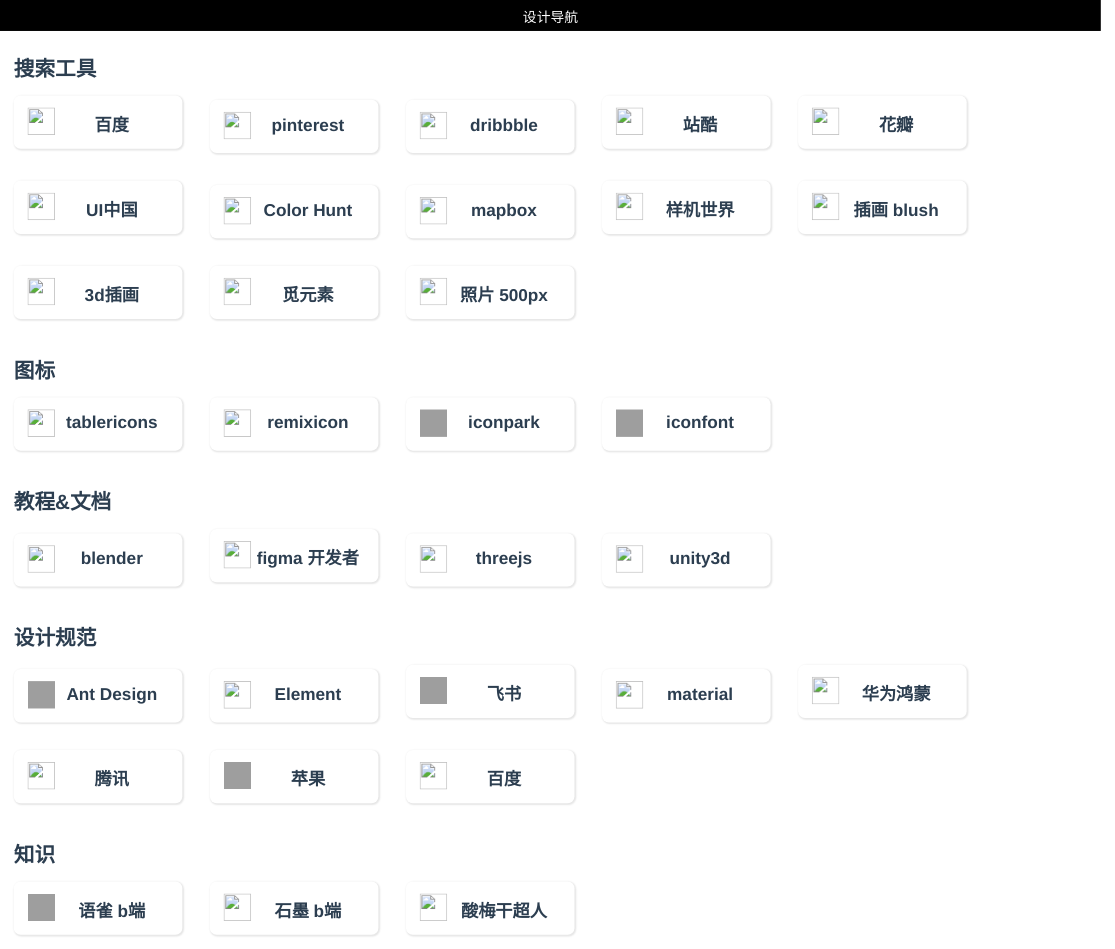
Repository: LiuZixu-aurelio/collection
Page: /
These files come from the project's save history. The page is drawn as it stood at one moment and after the next save; the edit follows.
The browser window is 1280 px wide. The page is 1296 px wide, so the pictures cover 1296 px, including what lies to the right of the window. The pictures show the whole page, at 86% of full size.
Pictures or frames that could not be fetched are drawn as grey boxes. The project was rebuilt for these pictures with package versions that can differ from the ones it lists, and the page was loaded fresh each time. Also part of the build but not shown: vue.config.js.

Above is the page before, as saved 2022-06-27 09:56:19.

After the next save:
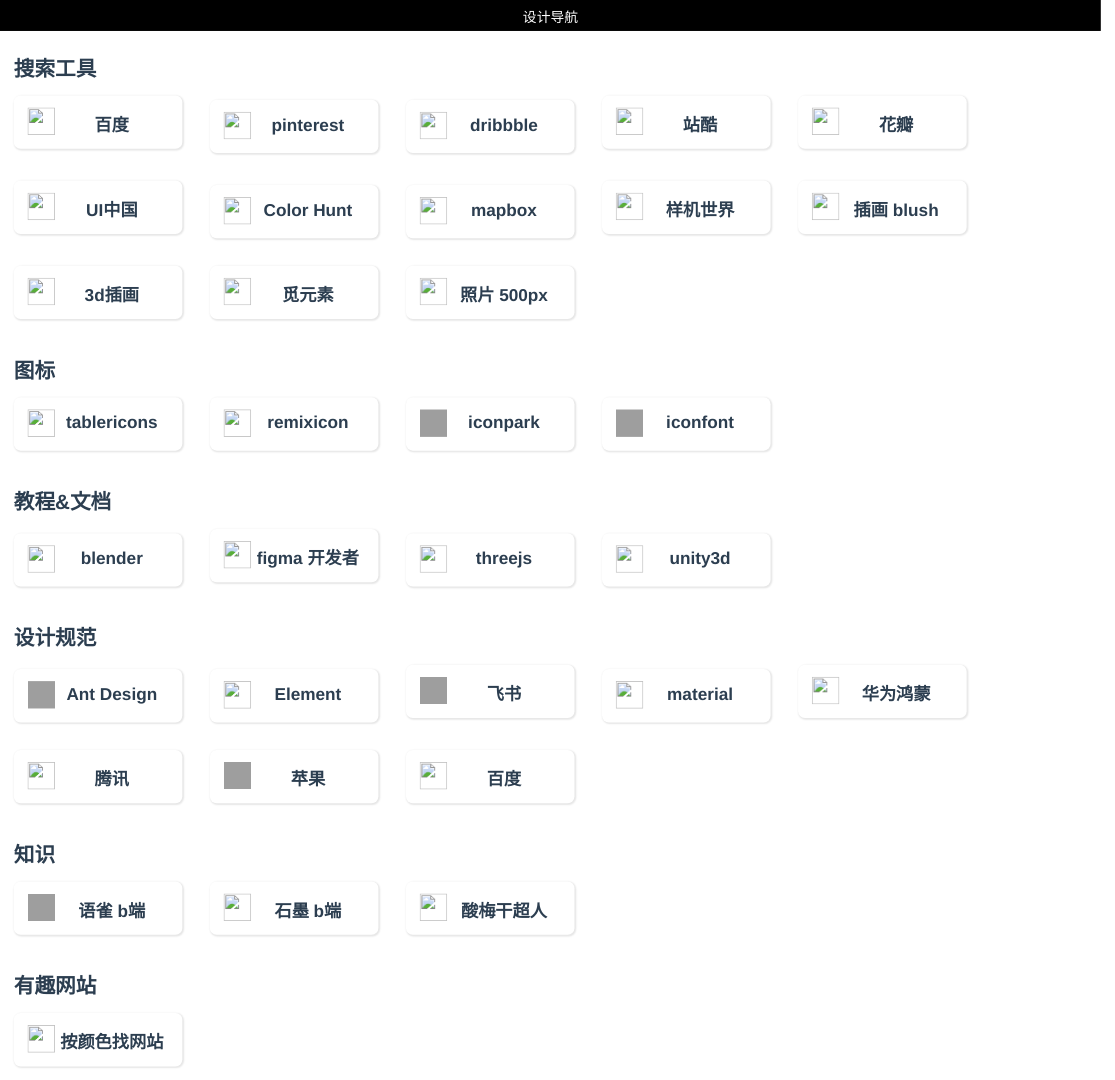
Saved 10 days later.
--- a/src/components/HelloWorld.vue
+++ b/src/components/HelloWorld.vue
@@ -45,6 +45,9 @@
       <Card class='card' msg="石墨 b端" web="https://shimo.im/docs/kcndgcoA0skbv6Jh/read" logo="https://as.smvm.cn/from_qbox/favicon.ico"/>
       <Card class='card' msg="酸梅干超人" web="http://www.supermancall.com/" logo="https://as.smvm.cn/from_qbox/favicon.ico"/>
 
+      <h2>有趣网站</h2>
+      <Card class='card' msg="按颜色找网站" web="https://reeoo.com/" logo="https://iphone.reeoo.com/assets/favicon.ico"/>
+
     </div>
   </div>
 </template>
